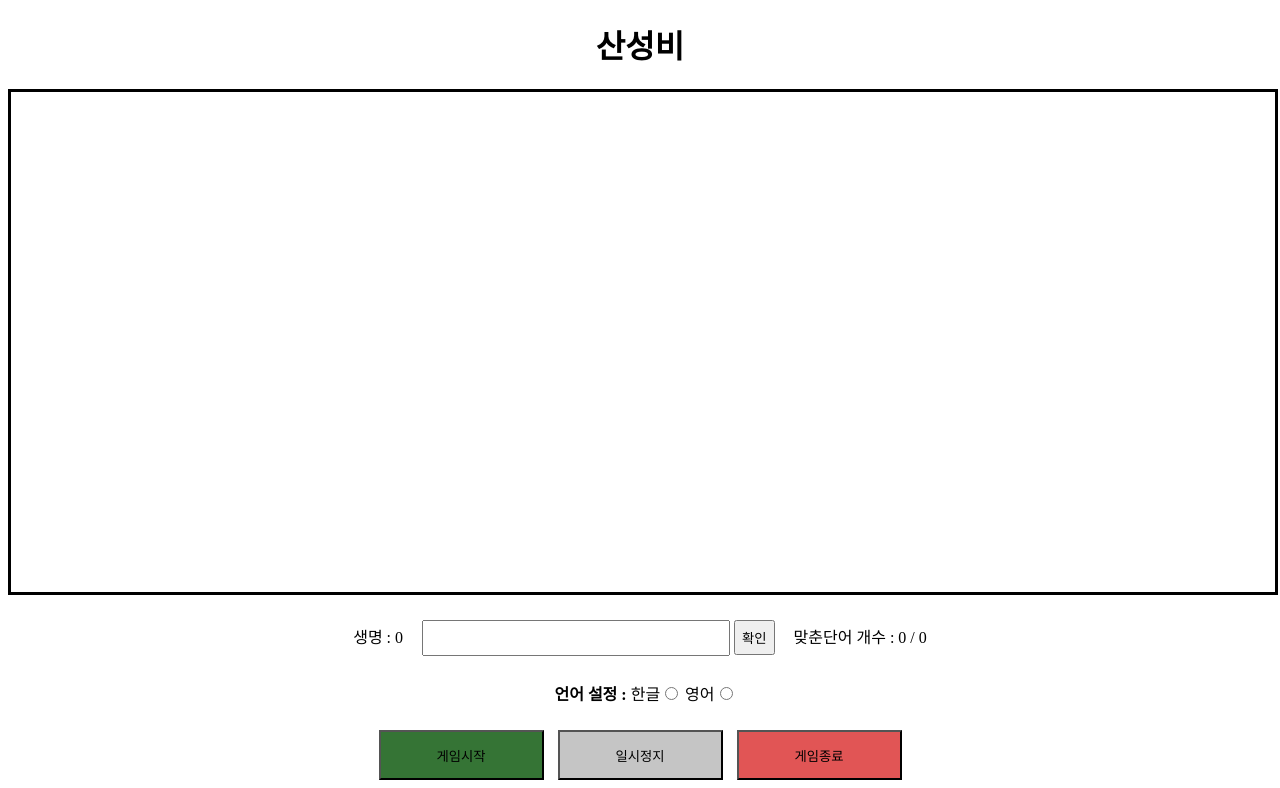
Repository: yuj1818/Hustar_JavaScript
Page: edu/edu/view/js_edu/sanseongbee.html
The author's editor kept a copy of each file at every save. The page is drawn from the files as they stood at one save, then again after the next save.
The browser window is 1280 px wide. The pictures show the whole page.

Above is the page before, as saved 2022-06-02 07:28:38.
Console error: ReferenceError: word_view is not defined

After the next save:
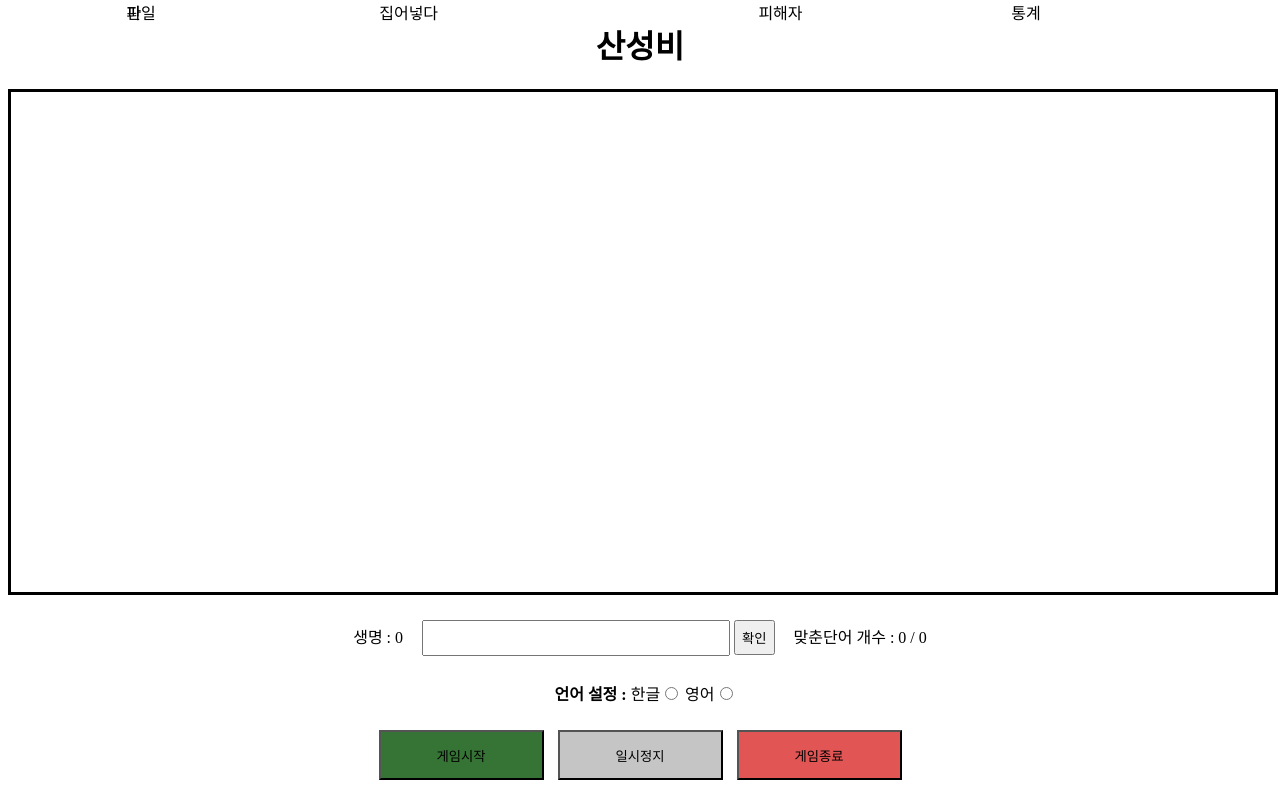
Console error: ReferenceError: word_viewer is not defined
Saved 74 s later.
--- a/edu/edu/view/js_edu/sanseongbee.html
+++ b/edu/edu/view/js_edu/sanseongbee.html
@@ -209,7 +209,7 @@
 		//지정한 시간 마다 단어 표출하기
 		let word_viewer_obj = setInterval(word_view, _word_speed * 1000)
 		//단어 한개씩 표출하기
-		function word_viewer() {
+		function word_view() {
 			let game_main_el = document.getElementById("game_main");
 			let div_value = game_main.clientWidth/10;//game_main element의 width값
 			let random_x_index = Math.floor(Math.random() * 9);//0~9
